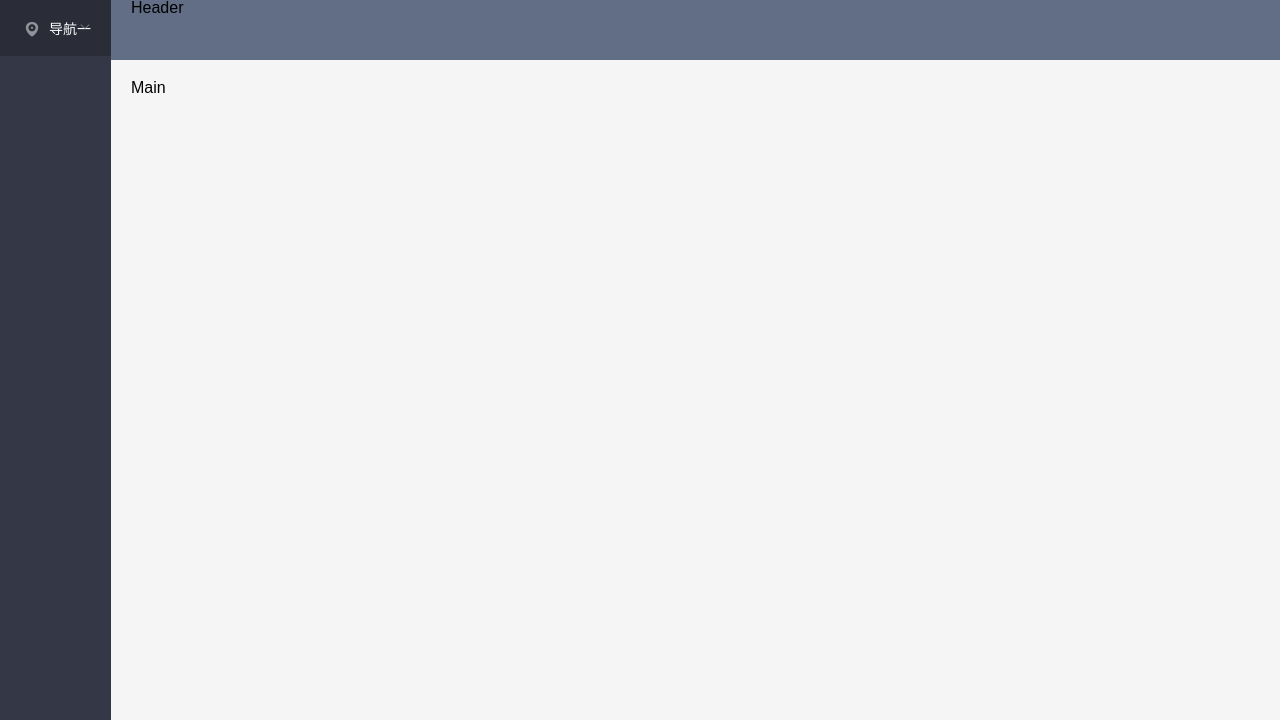
Repository: coWhy/vue-manage
Page: /
The author's editor kept a copy of each file at every save. The page is drawn from the files as they stood at one save, then again after the next save.
The browser window is 1280 px wide. The pictures show the whole page.
The project was rebuilt for these pictures with package versions that can differ from the ones it lists, and the page was loaded fresh each time. Also part of the build but not shown: vue.config.js.

Above is the page before, as saved 2020-04-13 15:30:33.

### src/main.js
import Vue from 'vue'
import App from './App.vue'
import router from './router'
import store from './store'
import '@/assets/scss/reset.scss'
import ElementUI from 'element-ui'
import 'element-ui/lib/theme-chalk/index.css'
import '@/assets/font-awesome-4.7.0/css/font-awesome.css'
Vue.config.productionTip = false

console.log(
  `当前所处开发环境:【${process.env.NODE_ENV}】| 路由为: 【${process.env.VUE_APP_URL}】`
)
Vue.use(ElementUI)
new Vue({
  router,
  store,
  render: h => h(App)
}).$mount('#app')

### src/App.vue
<template>
  <div id="app">
    <router-view />
  </div>
</template>

<style lang="scss">
#app {
  // color: $theme-color;
  height: 100vh;
}
</style>

### src/router/index.js
import Vue from 'vue'
import VueRouter from 'vue-router'
//
const originalPush = VueRouter.prototype.push
VueRouter.prototype.push = function push(location) {
  return originalPush.call(this, location).catch(err => err)
}
Vue.use(VueRouter)

const routes = [
  {
    path: '/',
    component: () => import('@/views/layout/index')
  }
]

const router = new VueRouter({
  routes
})

export default router

### src/store/index.js
import Vue from 'vue'
import Vuex from 'vuex'
import tag from './modules/tag'
Vue.use(Vuex)

export default new Vuex.Store({
  state: {},
  mutations: {},
  actions: {},
  modules: {
    tag
  }
})

### src/assets/scss/_variable.scss
// 全局配置样式 修改主题颜色
$theme-color: #33aef0;

### src/views/layout/index.vue
<template>
  <el-container class="container">
    <!-- 左侧菜单栏 -->
    <el-aside width="auto">
      <common-aside></common-aside>
    </el-aside>
    <el-container>
      <!-- 头部 -->
      <el-header class="header">
        <common-header></common-header>
      </el-header>
      <!-- Tab标签 -->
      <!-- <common-tab class="tab"></common-tab> -->
      <!-- 主体 -->
      <el-main>
        Main
        <!-- <router-view></router-view> -->
      </el-main>
    </el-container>
  </el-container>
</template>

<script>
import CommonAside from './components/aside/index'
import CommonHeader from './components/header/index'
export default {
  components: {
    CommonAside,
    CommonHeader
  }
}
</script>

<style lang="scss" scoped>
.container {
  height: 100%;
}
.header {
  background-color: #626e85; // 头部背景色
  width: 100%;
}
.main {
  padding-top: 0;
}
</style>

### src/store/modules/tag.js
export default {
  state: {},
  mutations: {},
  actions: {},
  modules: {}
}

### src/views/layout/components/aside/index.vue
<template>
  <el-menu
    default-active="2"
    class="el-menu-vertical-demo"
    :background-color="asideBgColor"
    :text-color="asideTextColor"
    :active-text-color="asideActiveTextColor"
  >
    <el-submenu index="1">
      <template slot="title">
        <i class="el-icon-location"></i>
        <span>导航一</span>
      </template>
      <el-menu-item-group>
        <template slot="title">分组一</template>
        <el-menu-item index="1-1">选项1</el-menu-item>
        <el-menu-item index="1-2">选项2</el-menu-item>
      </el-menu-item-group>
    </el-submenu>
  </el-menu>
</template>

<script>
export default {
  data() {
    return {
      asideBgColor: '#343746', // 侧边栏背景颜色
      asideActiveTextColor: '#02aeff', // 选中字体的颜色
      asideTextColor: '#fff'
    }
  }
}
</script>

<style lang="scss" scoped>
.el-menu {
  height: 100%;
  border: none;
}
</style>

### src/views/layout/components/header/index.vue
<template>
  <div>
    Header
  </div>
</template>

<script>
export default {}
</script>

<style lang="scss" scoped></style>

Loaded but not shown: public/index.html (common file); src/assets/scss/reset.scss (common file); src/assets/font-awesome-4.7.0/css/font-awesome.css (library)

After the next save:
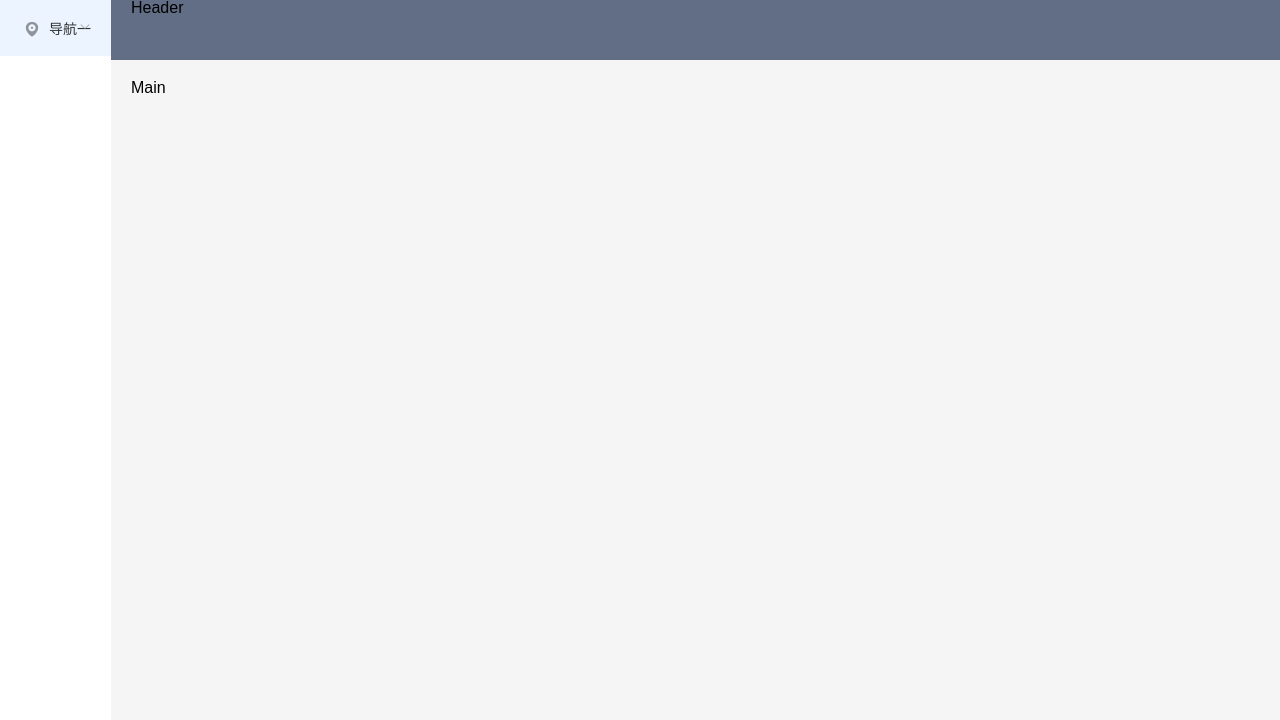
Saved 48 s later.
--- a/src/views/layout/components/aside/index.vue
+++ b/src/views/layout/components/aside/index.vue
@@ -24,9 +24,11 @@
 export default {
   data() {
     return {
-      asideBgColor: '#343746', // 侧边栏背景颜色
-      asideActiveTextColor: '#02aeff', // 选中字体的颜色
-      asideTextColor: '#fff'
+      asideSetting: {
+        asideBgColor: '#343746', // 侧边栏背景颜色
+        asideActiveTextColor: '#02aeff', // 选中字体的颜色
+        asideTextColor: '#fff'
+      }
     }
   }
 }

After the 5 saves that followed:
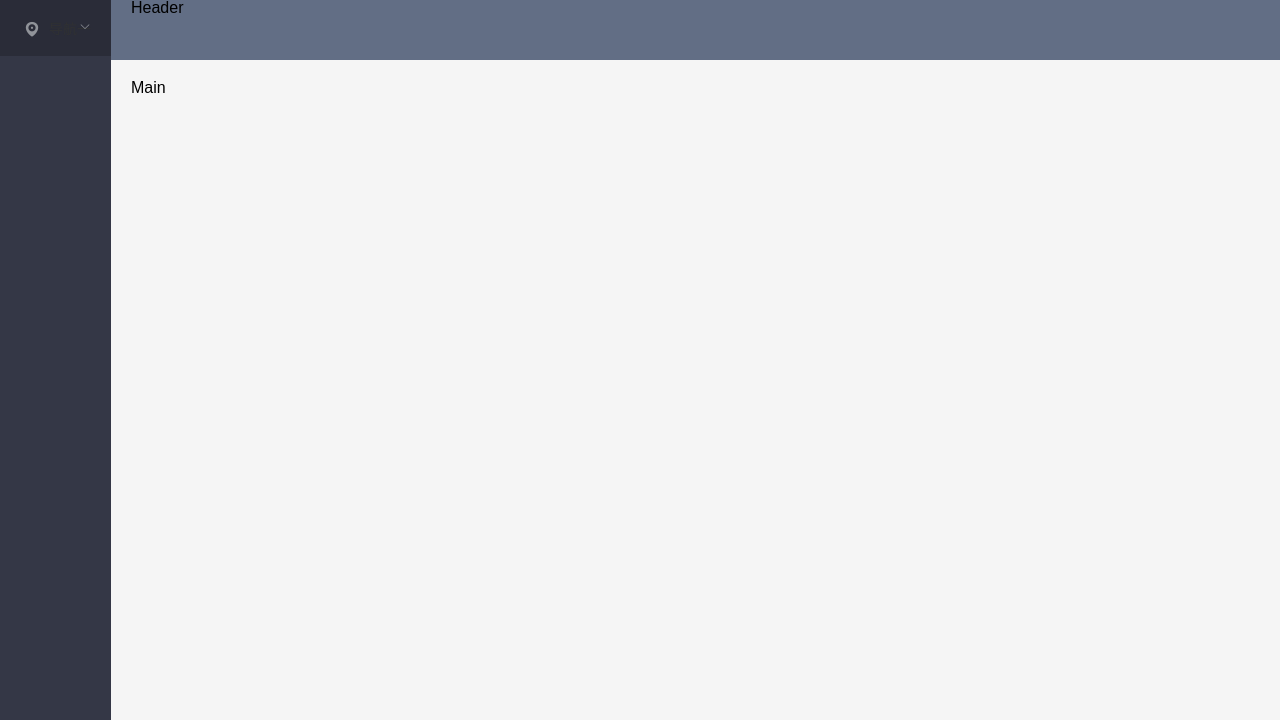
The 5 saves are shown as one change because 3 left the picture as it was and some came seconds apart.
The last was saved 69 s later.
--- a/src/views/layout/components/aside/index.vue
+++ b/src/views/layout/components/aside/index.vue
@@ -2,7 +2,7 @@
   <el-menu
     default-active="2"
     class="el-menu-vertical-demo"
-    :background-color="asideBgColor"
+    :background-color="asideSetting.bgColor"
     :text-color="asideTextColor"
     :active-text-color="asideActiveTextColor"
   >
@@ -25,9 +25,9 @@
   data() {
     return {
       asideSetting: {
-        asideBgColor: '#343746', // 侧边栏背景颜色
-        asideActiveTextColor: '#02aeff', // 选中字体的颜色
-        asideTextColor: '#fff'
+        bgColor: '#343746', // 侧边栏背景颜色
+        activeTextColor: '#02aeff', // 选中字体的颜色
+        texteColor: '#fff' // 默认字体颜色
       }
     }
   }
